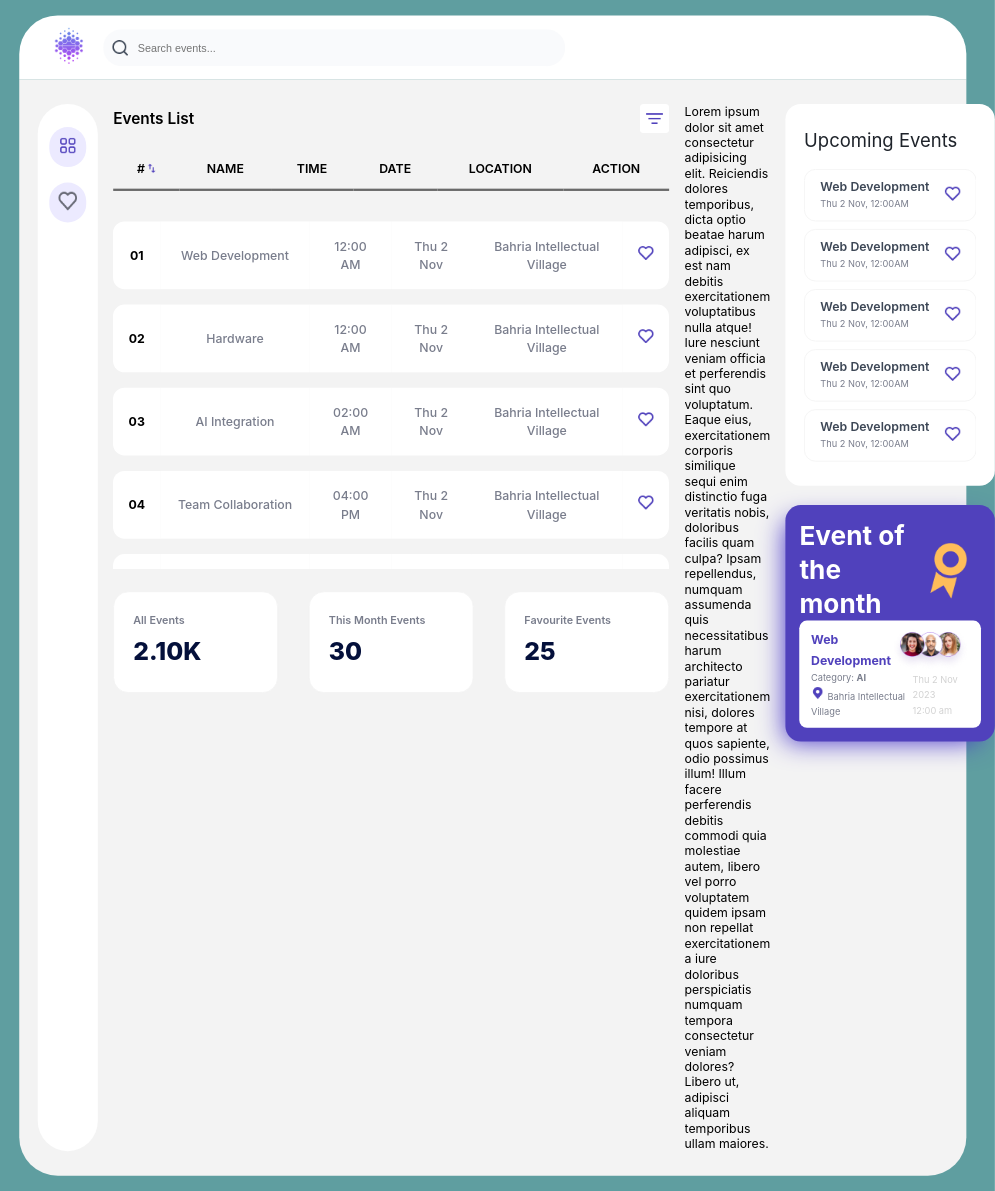
Repository: ahmadunitedsol710/react-dashboard
Page: /, after clicking the first element matching `tr.body_row`
An editor plug-in stored every save of this project. The page is shown before and after the next save, followed by the edit.
The browser window is 1280 px wide. The page is 1292 px wide, then 1280 px, so the pictures cover 1292 px, including what lies to the right of the window. The pictures show the whole page, at 77% of full size.
An inner scrolling area shows only its first screen. The project was rebuilt for these pictures with package versions that can differ from the ones it lists, and the page was loaded fresh each time.

Above is the page before, as saved 2024-08-01 17:06:52.

After the next save:
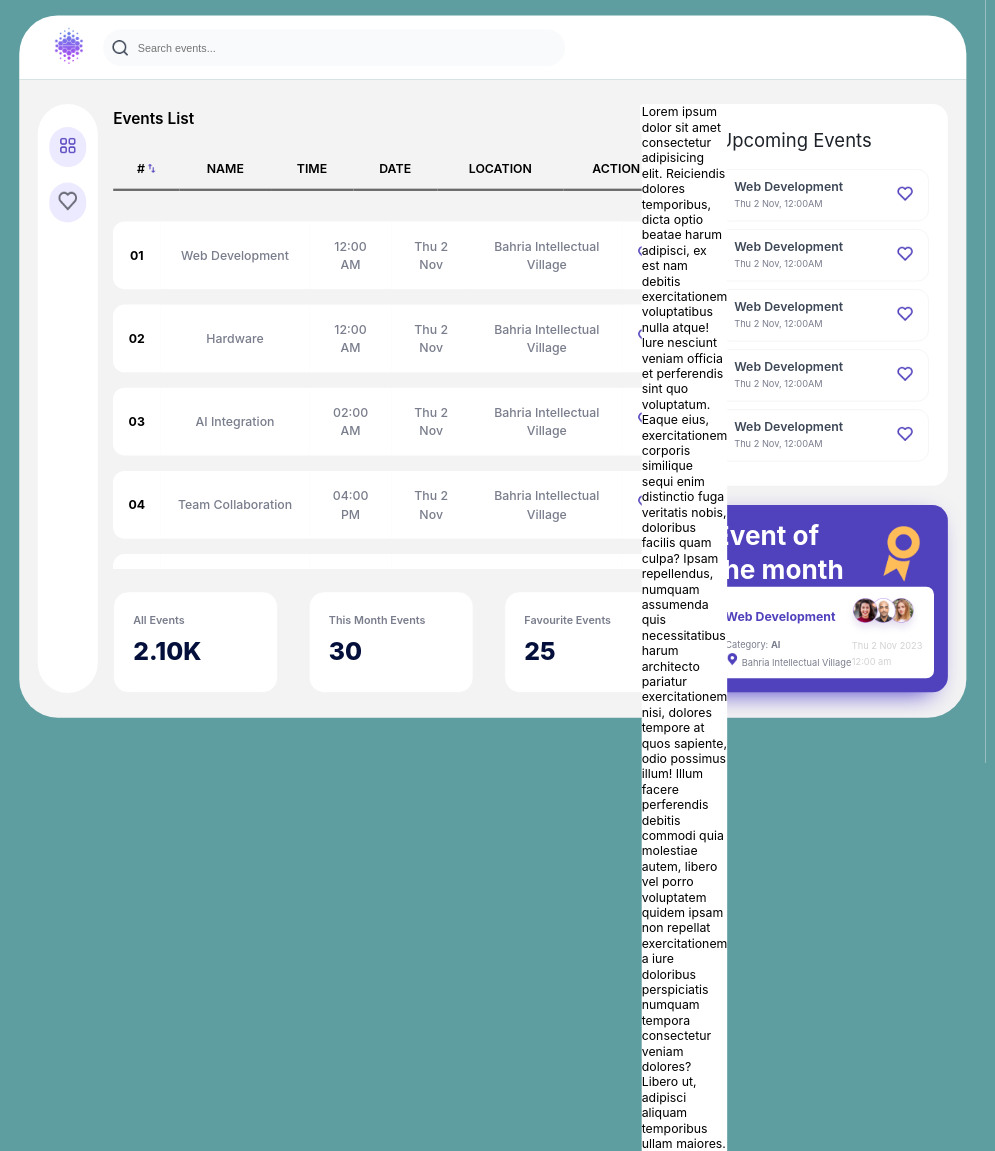
Saved 56 s later.
--- a/src/App.css
+++ b/src/App.css
@@ -166,3 +166,10 @@ th { text-align: center; font-size: 16px; font-weight: 600; line-height: 22px; p
   position: relative;
   display: block;
 }
+
+.inner_detail {
+  position: absolute;
+  background-color: #ffffff;
+  transform: translate(-50%);
+  left: 50%;
+}
